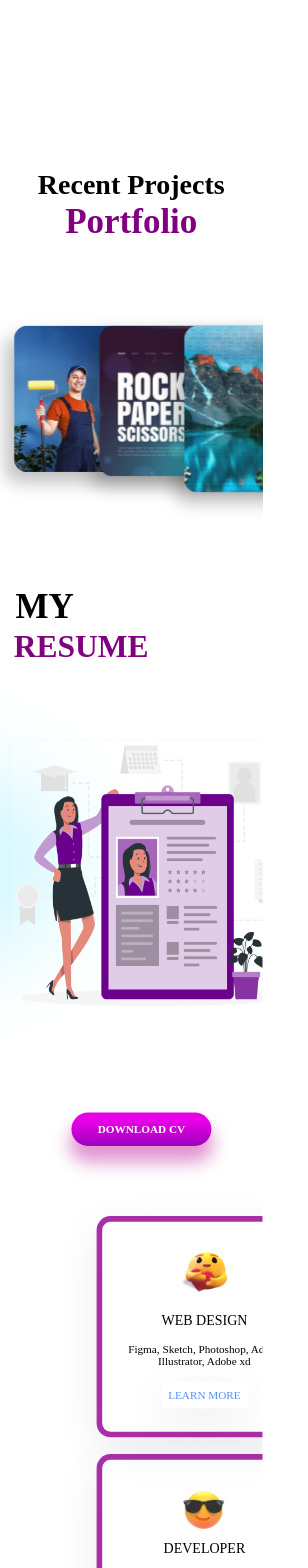
Repository: glorysandy/Protfolio
Page: /
The author's editor kept a copy of each file at every save. The page is drawn from the files as they stood at one save, then again after the next save.
The browser window is 375 px wide. The page is 440 px wide, so the pictures cover 440 px, including what lies to the right of the window. The pictures show the part of the page from y = 3815 to 6055 px (the page is 7183 px tall before and 7423 px after), at 70% of full size.
Some web fonts or font styles are not loaded; a fallback is used. The project was rebuilt for these pictures with package versions that can differ from the ones it lists, and the page was loaded fresh each time. Imported but missing from the stored project, and not drawn on this page: src/components/Services/SANDHIYA.P (RESUME).pdf.

Above is the page before, as saved 2024-10-17 16:17:14.

After the next save:
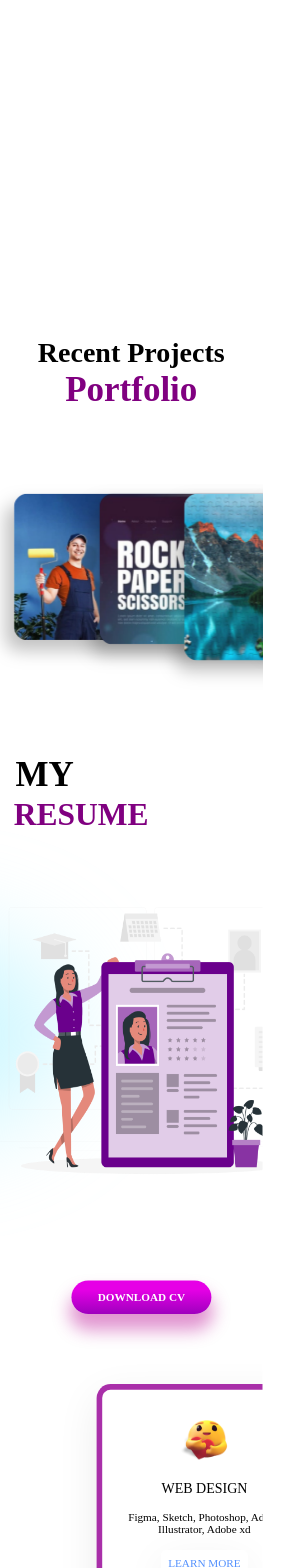
Saved 8 s later.
--- a/src/components/Portfolio/Portfolio.css
+++ b/src/components/Portfolio/Portfolio.css
@@ -52,6 +52,6 @@ margin-top: 3rem;;
 }
 @media screen and (max-width: 480px) {
   .portfolio{
-    margin-top: 20vh;
+    margin-top: 50vh;
   }
 }
